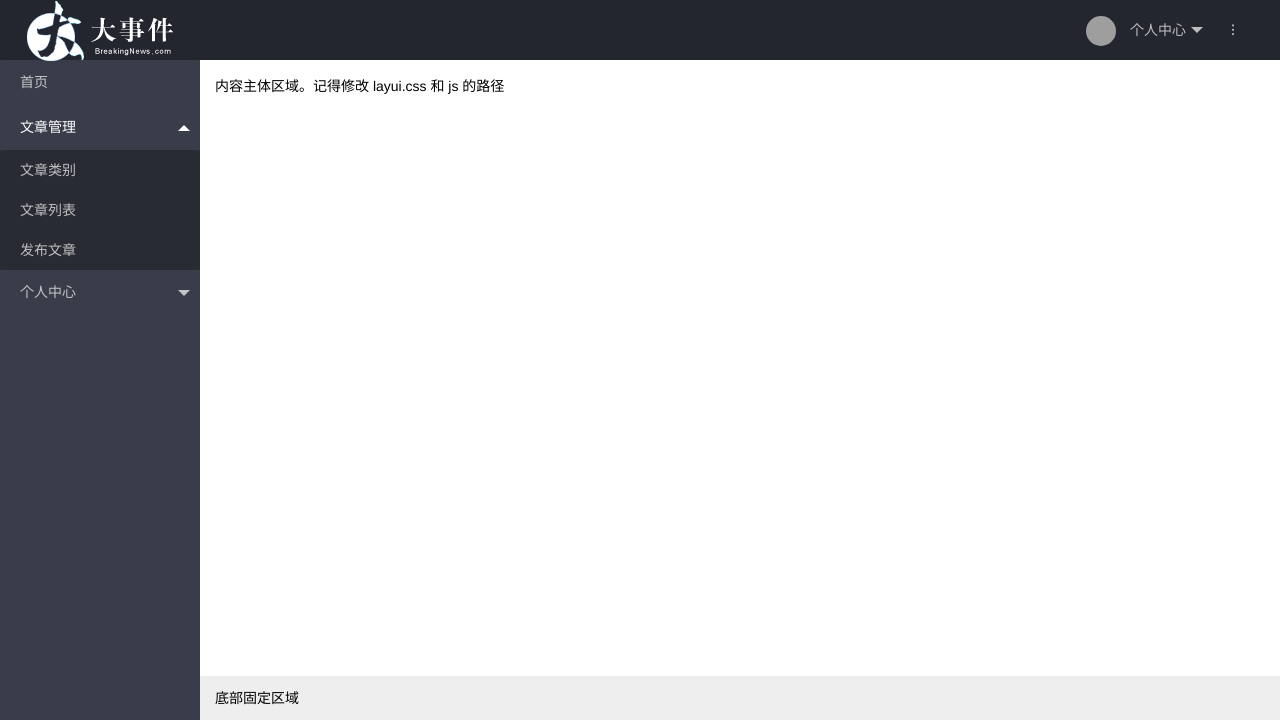
Repository: lithronmatic/web_bigbigevent
Page: index.html
An editor plug-in stored every save of this project. The page is shown before and after the next save, followed by the edit.
The browser window is 1280 px wide. The pictures show the whole page.
Pictures or frames that could not be fetched are drawn as grey boxes. The page's requests for data from a server got no answer.

Above is the page before, as saved 2022-09-03 08:49:01.

### index.html
<!DOCTYPE html>
<html lang="en">

<head>
    <meta charset="UTF-8">
    <meta http-equiv="X-UA-Compatible" content="IE=edge">
    <meta name="viewport" content="width=device-width, initial-scale=1.0">
    <title>后台主页</title>
    <link rel="stylesheet" href="./assets/lib/layui/css/layui.css">
</head>

<body>
    <div class="layui-layout layui-layout-admin">
        <div class="layui-header">
            <div class="layui-logo">
                <img src="./assets/images/logo.png" alt="">
            </div>
            <!-- 头部区域（可配合layui 已有的水平导航） -->
            <ul class="layui-nav layui-layout-right">
                <li class="layui-nav-item layui-hide layui-show-md-inline-block">
                    <a href="javascript:;">
                        <img src="//tva1.sinaimg.cn/crop.0.0.118.118.180/5db11ff4gw1e77d3nqrv8j203b03cweg.jpg"
                            class="layui-nav-img">
                        个人中心
                    </a>
                    <dl class="layui-nav-child">
                        <dd><a href="">基本资料</a></dd>
                        <dd><a href="">更换头像</a></dd>
                        <dd><a href="">重置密码</a></dd>
                    </dl>
                </li>
                <li class="layui-nav-item" lay-header-event="menuRight" lay-unselect>
                    <a href="javascript:;">
                        <i class="layui-icon layui-icon-more-vertical"></i>
                    </a>
                </li>
            </ul>
        </div>

        <div class="layui-side layui-bg-black">
            <div class="layui-side-scroll">
                <!-- 左侧导航区域（可配合layui已有的垂直导航） -->
                <ul class="layui-nav layui-nav-tree" lay-filter="test">
                    <li class="layui-nav-item"><a href="">首页</a></li>
                    <li class="layui-nav-item layui-nav-itemed">
                        <a class="" href="javascript:;">文章管理</a>
                        <dl class="layui-nav-child">
                            <dd><a href="javascript:;">文章类别</a></dd>
                            <dd><a href="javascript:;">文章列表</a></dd>
                            <dd><a href="javascript:;">发布文章</a></dd>
                        </dl>
                    </li>
                    <li class="layui-nav-item">
                        <a href="javascript:;">个人中心</a>
                        <dl class="layui-nav-child">
                            <dd><a href="javascript:;">基本资料</a></dd>
                            <dd><a href="javascript:;">更换头像</a></dd>
                            <dd><a href="javascript:;">重置密码</a></dd>
                        </dl>
                    </li>
                </ul>
            </div>
        </div>

        <div class="layui-body">
            <!-- 内容主体区域 -->
            <div style="padding: 15px;">内容主体区域。记得修改 layui.css 和 js 的路径</div>
        </div>

        <div class="layui-footer">
            <!-- 底部固定区域 -->
            底部固定区域
        </div>
    </div>

    <!-- 导入layui.js文件 -->
    <script src="./assets/lib/layui/layui.all.js"></script>
    <!-- 导入jquery -->
    <script src="./assets/lib/jquery.js"></script>
    <!-- 导入baseAPI -->
    <script src="./assets/js/baseAPI.js"></script>
    <!-- 导入自己的js -->
    <script src="./assets/js/index.js"></script>
</body>

</html>

### assets/js/baseAPI.js
// 在调用$.get()或$.post()或$.ajax()之前，都会先调用
// $.ajaxPrefilter这个函数
$.ajaxPrefilter(function(options){
    // console.log(options.url);//
    // 在发起真正的Ajax请求之前，统一拼接请求的根路径
    options.url = "http://www.liulongbin.top:3007" + options.url;
})

### assets/js/index.js
// $(function(){
//     getUserInfo();
// })

// var layer = layui.layer;
// // 获取用户的基本信息
// function getUserInfo(){
//     $.ajax({
//         method:'GET',
//         url:'/my/userinfo',
//         // headers就是请求头配置对象
//         headers:{
//             Authorization:localStorage.getItem('token') || ""
//         },
//         success:function(res){
//            if(res.status!==0){
//              return layui.layer.msg('获取用户信息失败!');
//            }
//         //调用renderAvatar 渲染用户的头像
//         renderAvatar(res.data);
//         }
//     })
// }

// // 渲染用户的头像
// function renderAvatar(user){
//     // 1.获取用户名称
//     var name = user.nickname || user.username;
//     // 2.设置欢迎的文本
//     $('#welcome').html('欢迎&nbsp;&nbsp;'+ name);
//     // 3.按需渲染用户的头像
//     if(user.user_pic!==null){
//         // 3.1渲染图片头像
//         $(".layui-nav-img").attr('src',user.user_pic).show();
//         // 让文本头像隐藏
//         $(".text-avatar").hide();
//     }else{
//         // 3.2渲染文本头像
//         // 让图片头像隐藏
//         $(".layui-nav-img").hide();
//         //渲染文本头像
//         var first = name[0].toUpperCase();
//         $(".text-avatar").html(first).show();
//     }
// }

$(function(){
    getUserInfo()

})

// 获取用户基本信息
function getUserInfo(){
    $.ajax({
        type:'GET',
        url:'/my/userinfo',
        // headers 请求头配置对象
        headers:{
            Authorization:localStorage.getItem('token')
        },
        success:function(res){
            if(res.status!=0){
                return layui.layer.msg('获取用户信息失败!')
            }
            // 调用renderAvatar渲染用户的头像
            renderAvatar(res.data)
        }
    })
}

// 渲染用户的头像
function renderAvatar(user){

}

Loaded but not shown: assets/lib/layui/css/layui.css (library); assets/lib/layui/layui.all.js (library); assets/lib/jquery.js (library); assets/lib/layui/css/modules/laydate/default/laydate.css (library); assets/lib/layui/css/modules/layer/default/layer.css (library); assets/lib/layui/css/modules/code.css (common file)

After the next save:
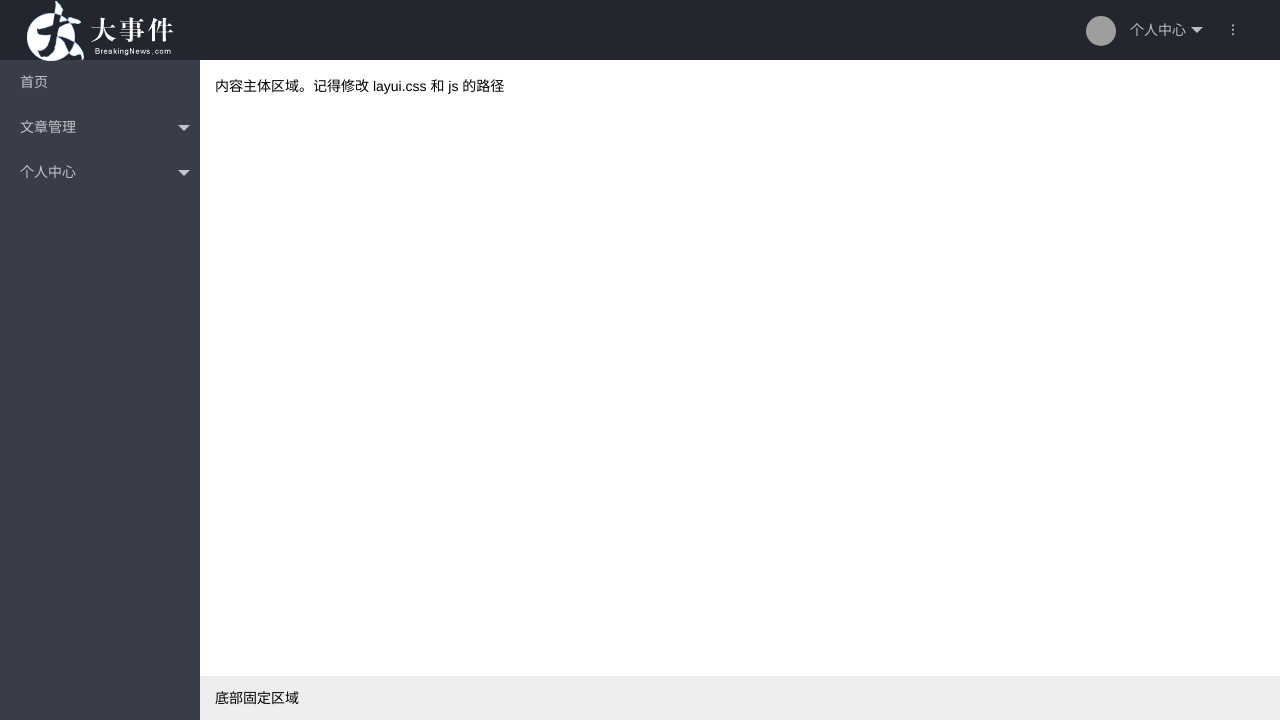
Saved 109 s later.
--- a/index.html
+++ b/index.html
@@ -42,7 +42,7 @@
                 <!-- 左侧导航区域（可配合layui已有的垂直导航） -->
                 <ul class="layui-nav layui-nav-tree" lay-filter="test">
                     <li class="layui-nav-item"><a href="">首页</a></li>
-                    <li class="layui-nav-item layui-nav-itemed">
+                    <li class="layui-nav-item">
                         <a class="" href="javascript:;">文章管理</a>
                         <dl class="layui-nav-child">
                             <dd><a href="javascript:;">文章类别</a></dd>
